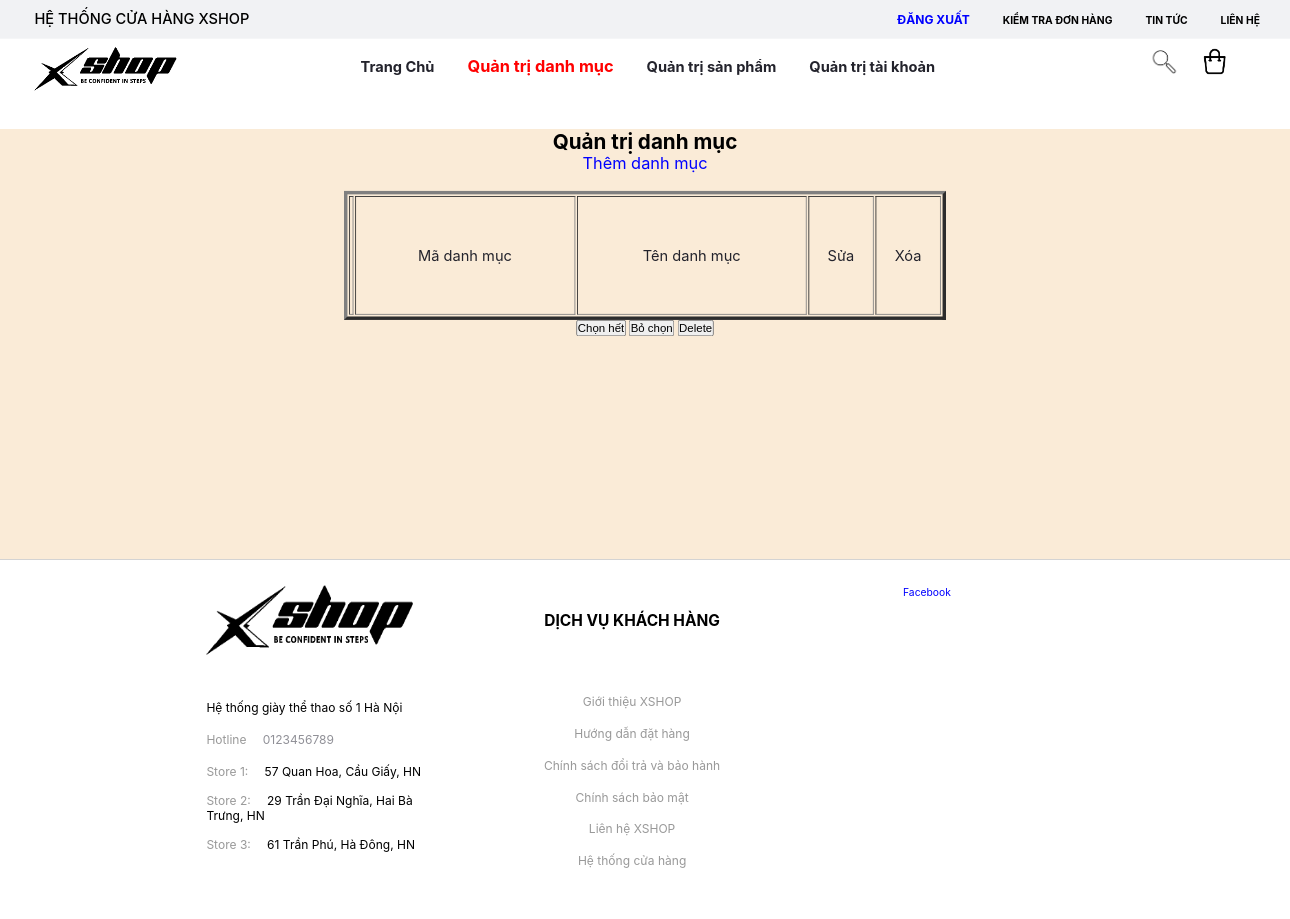
Repository: tienaq123/dam
Page: http://localhost/ass/ad/quantridanhmuc.php
These files come from the project's save history. The page is drawn as it stood at one moment and after the next save; the edit follows.
The browser window is 1280 px wide. The page is 1500 px wide, so the pictures cover 1500 px, including what lies to the right of the window. The pictures show the whole page, at 86% of full size.
The page is run by PHP 8.4 with error messages shown; the project is at /var/www/html/. Queries for data that is not in the repository find no rows.

Above is the page before, as saved 2021-10-21 06:16:46.

### ad/quantridanhmuc.php
<!DOCTYPE html>
<html lang="en">

<head>
    <meta charset="UTF-8">
    <meta http-equiv="X-UA-Compatible" content="IE=edge">
    <meta name="viewport" content="width=device-width, initial-scale=1.0">
    <title>Quản trị danh mục</title>
    <link rel="stylesheet" href="../css/qtdm.css">
</head>

<body>
    <div id="wapper">

        <div id="topbar">
            <a href="#">
                <h2> HỆ THỐNG CỬA HÀNG XSHOP</h2>
            </a>
            <ul>
                <li><a class="active" style="color:blue; font-size: 14px;" href="../logout.php">ĐĂNG XUẤT</a></li>
                <li><a href="product.php">KIỂM TRA ĐƠN HÀNG</a></li>
                <li><a href="product.php">TIN TỨC</a></li>
                <li><a href="product.php">LIÊN HỆ</a></li>
            </ul>
        </div>
        <header id="header">
            <div id="logo">
                <a href="http://localhost/ass/"> <img src="../img/logo.png" alt="Logo"></a>
            </div>
            <div class="menu">
                <ul>
                    <li><a href="../home.php">Trang Chủ</a></li>
                    <li><a href="quantridanhmuc.php" style="color: red; font-size: 19px;">Quản trị danh mục</a></li>
                    <li><a href="quantrisanpham.php">Quản trị sản phẩm</a></li>
                    <li><a href="quantritaikhoan.php">Quản trị tài khoản</a></li>
                    <div id="nav">
                        <a href="product.php"> <img src="../img/search.png" alt=""></a>
                        <a href="product.php"><img src="../img/giohang.png" alt=""></a>
                    </div>
                </ul>

            </div>

        </header>

        <!-- END HEADER -->

        <main>
            <h1>Quản trị danh mục</h1>
            <a href="themdanhmuc.php" class="themdanhmuc">Thêm danh mục</a>
            <table border="4" style="text-align: center;">
                <tr style="font-size: 17px; color:#23232c;">
                    <td></td>
                    <td>Mã danh mục</td>
                    <td>Tên danh mục</td>
                    <td>Sửa</td>
                    <td>Xóa</td>
                </tr>
                <?php
                include '../db.php';
                $sql = "select * from danhmuc";
                $kq = $conn->query($sql);
                foreach ($kq as $key => $rows) {
                ?>
                    <tr>
                        <td><input type='checkbox' name='name[]' id='check_all' value='' /></td>
                        <td><?php echo $rows['id_danhmuc'] ?></td>
                        <td><?php echo $rows['tendanhmuc'] ?></td>
                        <td class="suaxoa"><a href="suadanhmuc.php?masua=<?php echo $rows['id_danhmuc'] ?>">Sửa</a></td>
                        <td class="suaxoa"><a onclick="return confirm('Bạn có muốn xóa không!')" href="xoadanhmuc.php?maxoa=<?php echo $rows['id_danhmuc'] ?>">Xóa</a></td>
                    </tr>
                <?php }
                ?>
            </table>
            <input type="button" id="btn1" value="Chọn hết" />
            <input type="button" id="btn2" value="Bỏ chọn" />
            <input type="button" id="btn" value="Delete" />
            <script language="javascript">
                    // Chức năng chọn hết
                    document.getElementById("btn1").onclick = function() {
                        // Lấy danh sách checkbox
                        var checkboxes = document.getElementsByName('name[]');

                        // Lặp và thiết lập checked
                        for (var i = 0; i < checkboxes.length; i++) {
                            checkboxes[i].checked = true;
                        }
                    };

                    // Chức năng bỏ chọn hết
                    document.getElementById("btn2").onclick = function() {
                        // Lấy danh sách checkbox
                        var checkboxes = document.getElementsByName('name[]');

                        // Lặp và thiết lập Uncheck
                        for (var i = 0; i < checkboxes.length; i++) {
                            checkboxes[i].checked = false;
                        }
                    };


                </script>

        </main>

        <!-- END MAIN -->

        <footer id="footer">
            <div id="logo_footer">
                <a href="#"><img src="../img/logo.png" alt=""></a>
                <p>Hệ thống giày thể thao số 1 Hà Nội</p>
                <p class="hotline"><span>Hotline</span> <a href="#">0123456789</a></p>
                <p><span>Store 1:</span> 57 Quan Hoa, Cầu Giấy, HN <br> <br> <span>Store 2:</span> 29 Trần Đại Nghĩa,
                    Hai Bà Trưng, HN <br> <br><span>Store 3:</span> 61
                    Trần Phú, Hà Đông, HN <br> <br> </p>
            </div>
            <div id="dichvu">
                <h2>DỊCH VỤ KHÁCH HÀNG</h2>
                <p><a href="#">Giới thiệu XSHOP</a> <br> </p>
                <p><a href="#">Hướng dẫn đặt hàng</a> <br> </p>
                <p><a href="#">Chính sách đổi trả và bảo hành</a> <br> </p>
                <p><a href="#">Chính sách bảo mật</a> <br> </p>
                <p><a href="#">Liên hệ XSHOP</a> <br> </p>
                <p><a href="#">Hệ thống cửa hàng</a></p>
            </div>

            <div id="facebook">
                <div id="fb-root"></div>
                <script async defer crossorigin="anonymous" src="https://connect.facebook.net/vi_VN/sdk.js#xfbml=1&version=v10.0&appId=256623368880552&autoLogAppEvents=1" nonce="aj8H3wq8"></script>
                <div class="fb-page" data-href="https://www.facebook.com/facebook" data-tabs="timeline" data-width="250" data-height="300" data-small-header="false" data-adapt-container-width="true" data-hide-cover="false" data-show-facepile="true">
                    <blockquote cite="https://www.facebook.com/facebook" class="fb-xfbml-parse-ignore"><a href="https://www.facebook.com/facebook">Facebook</a></blockquote>
                </div>
            </div>
        </footer>
    </div>
</body>

</html>

### db.php
<?php
    try {
        $conn=new PDO("mysql:host=localhost; dbname=dam;charset=utf8", "root", "");
    } catch (PDOException $e) {
        echo "Lỗi kết nối";
    }

### css/qtdm.css
* {
    margin: 0;
    padding: 0;
}

body {
    font-family: -apple-system, BlinkMacSystemFont, 'Segoe UI', Roboto, Oxygen, Ubuntu, Cantarell, 'Open Sans', 'Helvetica Neue', sans-serif;
    font-size: 12px;
}

a {
    text-decoration: none;
    color: blue;
    list-style: none;
}



img {
    border: 0px;
}

header,
nav,
section,
aside,
article,
footer,
figure {
    display: block;
}

/* code page */

#wapper {
    width: 1500px;
    margin: auto;
    ;
    overflow: hidden;
}

#topbar {
    width: 1500px;
    height: 45px;
    background-color: #f1f2f4;
    float: left;
}

#topbar h2 {
    font-size: 17px;
    font-weight: 500;
    line-height: 45px;
    margin-left: 40px;
    color: #000;
    float: left;
}

#topbar ul {
    float: right;
}

#topbar ul li {
    display: inline-block;
    line-height: 45px;
    margin-right: 35px;
}

#topbar ul li a {
    color: #000;
    font-weight: bolder;
}

#topbar ul li a:hover {
    color: #775454;
}

#topbar ul li .active {
    color: cornflowerblue;
    font-size: 14px;
}

#header {
    width: 100%;
    height: 100px;
    background-color: #ffffff;
    padding: 10px 0 40px 0;
}

#header #logo img {
    float: left;
    width: 165px;
    height: 50px;
    color: #000;
    margin: 10px 0 0 40px;
}

#header .menu ul {
    text-align: center;
    margin-right: 50px;
    line-height: 66px;
}

#header .menu ul li {
    display: inline-block;
    margin-right: 35px;
}

#header .menu ul li a {
    font-size: 17px;
    font-weight: bold;
    color: #23232c;
}

#header .menu ul li a:hover {
    color: red;
}

#nav {
    float: right;
    line-height: 80px;
}

#nav img {
    width: 35px;
    height: 35px;
    margin-right: 20px;
}

main {
    text-align: center;
    min-height: 500px;
    background: antiquewhite;
}

main table {
    width: 700px;
    height: 150px;
    margin-left: 400px;
    margin-top: 20px;
}


main>a {
    font-size: 19px;
    margin-top: 20px;
}

#footer {
    width: 1500px;
    border-top: 1px solid #ccc;
    display: grid;
    grid-template-columns: 1fr 1fr 1fr;
}

#footer #logo_footer {
    float: left;
}

#footer #logo_footer img {
    width: 240px;
    height: 80px;
    margin: 30px 0 30px 240px;
}

#footer #logo_footer a {
    color: #909097;
}

#footer #logo_footer span {
    color: #999999;
    margin-right: 15px;
}

#footer #logo_footer p {
    font-size: 14px;
    margin: 20px 0 20px 240px;
}

#footer #dichvu {
    text-align: center;
    margin: 60px 30px 40px 0;
}

#footer #dichvu h2 {
    margin-bottom: 75px;
}

#footer #dichvu p {
    margin-bottom: 20px;
}

#footer #dichvu p a {
    font-size: 14px;
    color: #999999;
}

#footer #facebook {
    margin: 30px 0 0 50px;
}

After the next save:
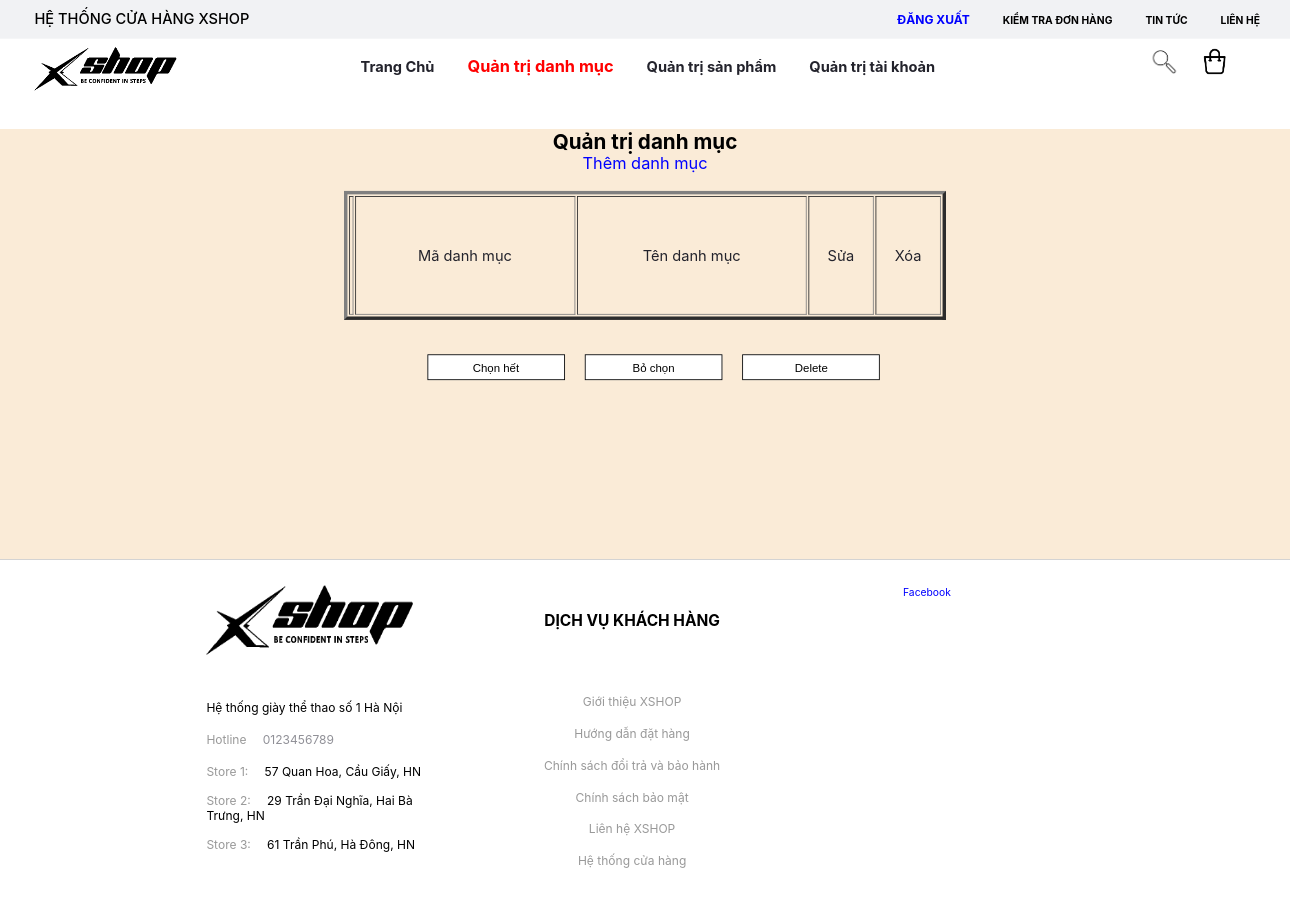
Saved 18 h 2 min later.
--- a/ad/quantridanhmuc.php
+++ b/ad/quantridanhmuc.php
@@ -72,9 +72,9 @@
                 <?php }
                 ?>
             </table>
-            <input type="button" id="btn1" value="Chọn hết" />
-            <input type="button" id="btn2" value="Bỏ chọn" />
-            <input type="button" id="btn" value="Delete" />
+            <input style="background-color: #fff; width: 160px; height: 30px; margin:40px 0px 20px 20px; border: 1px solid #000; cursor:pointer;" type="button" id="btn1" value="Chọn hết" />
+            <input style="background-color: #fff; width: 160px; height: 30px; margin:40px 0px 20px 20px; border: 1px solid #000; cursor:pointer;" type="button" id="btn2" value="Bỏ chọn" />
+            <input style="background-color: #fff; width: 160px; height: 30px; margin:40px 0px 20px 20px; border: 1px solid #000; cursor:pointer;" type="button" id="btn" value="Delete" />
             <script language="javascript">
                     // Chức năng chọn hết
                     document.getElementById("btn1").onclick = function() {
